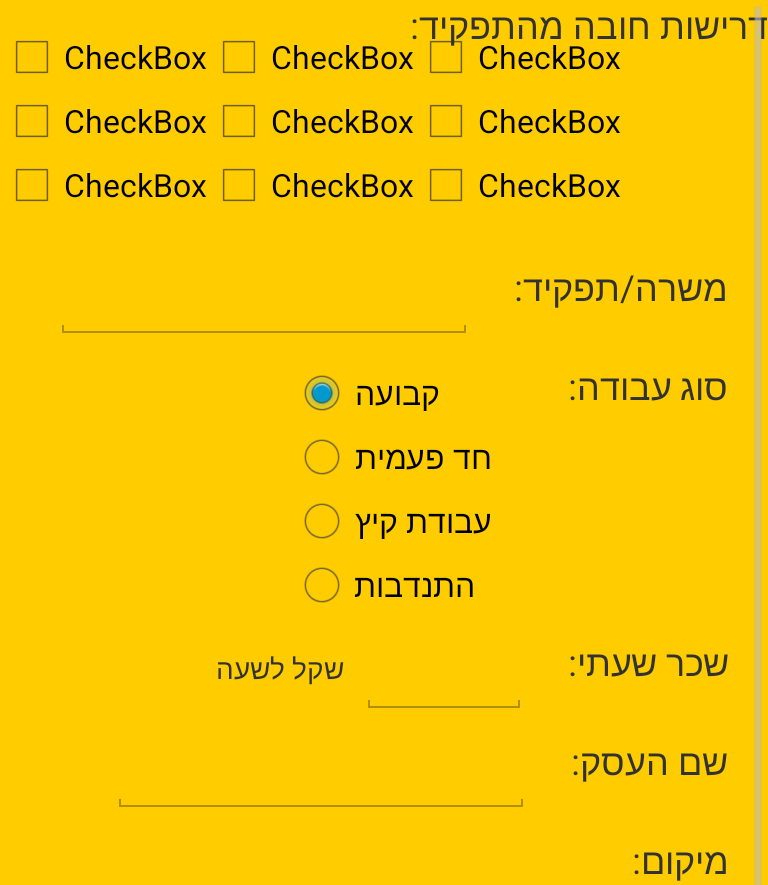
Repository: rodi055/jobli
Layout: Jobli/res/layout/fragment_create_job.xml
The author's editor kept a copy of each file at every save. The layout is drawn from the files as they stood at one save, then again after the next save.
The pictures show rows 0 to 885 of an output 1280 px tall.
Pictures or frames that could not be fetched are drawn as grey boxes. It is drawn on a 768 x 1280 px phone screen (xhdpi) without system bars, with theme AppTheme; the app's code is not run. The app's manifest (not shown) leaves right-to-left support off. So textAlignment, textDirection and layoutDirection are ignored, and left and right values win over start and end ones.

Above is the layout before, as saved 2015-01-03 12:37:24.

### Jobli/res/layout/fragment_create_job.xml
<?xml version="1.0" encoding="utf-8"?>
<LinearLayout xmlns:android="http://schemas.android.com/apk/res/android"
    android:layout_width="match_parent"
    android:layout_height="match_parent"
    android:background="#FFCC00"
    android:orientation="vertical" >

    <ScrollView
        android:layout_width="match_parent"
        android:layout_height="wrap_content" >

        <LinearLayout
            android:layout_width="match_parent"
            android:layout_height="wrap_content"
            android:orientation="vertical" >

            <RelativeLayout
                android:layout_width="wrap_content"
                android:layout_height="0dp"
                android:layout_weight="0.56" >

                <TextView
                    android:id="@+id/textView10"
                    android:layout_width="wrap_content"
                    android:layout_height="wrap_content"
                    android:layout_alignParentEnd="true"
                    android:layout_alignParentRight="true"
                    android:layout_alignParentTop="true"
                    android:text="דרישות חובה מהתפקיד:"
                    android:textSize="18sp" />

                <TableLayout
                    android:id="@+id/table3"
                    android:layout_width="wrap_content"
                    android:layout_height="wrap_content"
                    android:layout_centerVertical="true"
                    android:layout_toEndOf="@+id/table2"
                    android:layout_toRightOf="@+id/table2" >

                    <TableRow
                        android:id="@+id/tableRow21"
                        android:layout_width="wrap_content"
                        android:layout_height="wrap_content" >

                        <CheckBox
                            android:id="@+id/checkBox22"
                            android:layout_width="wrap_content"
                            android:layout_height="wrap_content"
                            android:text="CheckBox" />
                    </TableRow>

                    <TableRow
                        android:id="@+id/tableRow22"
                        android:layout_width="wrap_content"
                        android:layout_height="wrap_content" >

                        <CheckBox
                            android:id="@+id/checkBox23"
                            android:layout_width="wrap_content"
                            android:layout_height="wrap_content"
                            android:text="CheckBox" />
                    </TableRow>

                    <TableRow
                        android:id="@+id/tableRow23"
                        android:layout_width="wrap_content"
                        android:layout_height="wrap_content" >

                        <CheckBox
                            android:id="@+id/checkBox24"
                            android:layout_width="wrap_content"
                            android:layout_height="wrap_content"
                            android:text="CheckBox" />
                    </TableRow>

                    <TableRow
                        android:id="@+id/tableRow24"
                        android:layout_width="wrap_content"
                        android:layout_height="wrap_content" >
                    </TableRow>
                </TableLayout>

                <TableLayout
                    android:id="@+id/table2"
                    android:layout_width="wrap_content"
                    android:layout_height="wrap_content"
                    android:layout_centerVertical="true"
                    android:layout_toEndOf="@+id/table1"
                    android:layout_toRightOf="@+id/table1" >

                    <TableRow
                        android:id="@+id/tableRow41"
                        android:layout_width="wrap_content"
                        android:layout_height="wrap_content" >

                        <CheckBox
                            android:id="@+id/checkBox2"
                            android:layout_width="wrap_content"
                            android:layout_height="wrap_content"
                            android:text="CheckBox" />
                    </TableRow>

                    <TableRow
                        android:id="@+id/tableRow2"
                        android:layout_width="wrap_content"
                        android:layout_height="wrap_content" >

                        <CheckBox
                            android:id="@+id/checkBox42"
                            android:layout_width="wrap_content"
                            android:layout_height="wrap_content"
                            android:text="CheckBox" />
                    </TableRow>

                    <TableRow
                        android:id="@+id/tableRow3"
                        android:layout_width="wrap_content"
                        android:layout_height="wrap_content" >

                        <CheckBox
                            android:id="@+id/checkBox4"
                            android:layout_width="wrap_content"
                            android:layout_height="wrap_content"
                            android:text="CheckBox" />
                    </TableRow>

                    <TableRow
                        android:id="@+id/tableRow4"
                        android:layout_width="wrap_content"
                        android:layout_height="wrap_content" >
                    </TableRow>
                </TableLayout>

                <TableLayout
                    android:id="@+id/table1"
                    android:layout_width="wrap_content"
                    android:layout_height="wrap_content"
                    android:layout_below="@+id/textView10"
                    android:layout_centerVertical="true" >

                    <TableRow
                        android:id="@+id/tableRow11"
                        android:layout_width="wrap_content"
                        android:layout_height="wrap_content" >

                        <CheckBox
                            android:id="@+id/checkBox12"
                            android:layout_width="wrap_content"
                            android:layout_height="wrap_content"
                            android:text="CheckBox" />
                    </TableRow>

                    <TableRow
                        android:id="@+id/tableRow12"
                        android:layout_width="wrap_content"
                        android:layout_height="wrap_content" >

                        <CheckBox
                            android:id="@+id/checkBox13"
                            android:layout_width="wrap_content"
                            android:layout_height="wrap_content"
                            android:text="CheckBox" />
                    </TableRow>

                    <TableRow
                        android:id="@+id/tableRow13"
                        android:layout_width="wrap_content"
                        android:layout_height="wrap_content" >

                        <CheckBox
                            android:id="@+id/checkBox14"
                            android:layout_width="wrap_content"
                            android:layout_height="wrap_content"
                            android:text="CheckBox" />
                    </TableRow>

                    <TableRow
                        android:id="@+id/tableRow14"
                        android:layout_width="wrap_content"
                        android:layout_height="wrap_content" >
                    </TableRow>
                </TableLayout>
            </RelativeLayout>

            <RelativeLayout
                android:layout_width="wrap_content"
                android:layout_height="wrap_content"
                android:layout_marginTop="10dp" >

                <TextView
                    android:id="@+id/textView1"
                    android:layout_width="wrap_content"
                    android:layout_height="wrap_content"
                    android:layout_alignParentEnd="true"
                    android:layout_alignParentRight="true"
                    android:layout_alignParentTop="true"
                    android:layout_marginEnd="20dp"
                    android:layout_marginRight="20dp"
                    android:text="משרה/תפקיד:"
                    android:textSize="18sp" />

                <EditText
                    android:id="@+id/editText1"
                    android:layout_width="wrap_content"
                    android:layout_height="wrap_content"
                    android:layout_alignTop="@+id/textView1"
                    android:layout_marginEnd="20dp"
                    android:layout_marginRight="20dp"
                    android:layout_toLeftOf="@+id/textView1"
                    android:layout_toStartOf="@+id/textView1"
                    android:ems="10"
                    android:inputType="text"
                    android:maxLines="1" />
            </RelativeLayout>

            <RelativeLayout
                android:layout_width="wrap_content"
                android:layout_height="wrap_content"
                android:layout_marginTop="10dp" >

                <TextView
                    android:id="@+id/textView2"
                    android:layout_width="wrap_content"
                    android:layout_height="wrap_content"
                    android:layout_alignParentEnd="true"
                    android:layout_alignParentRight="true"
                    android:layout_alignParentTop="true"
                    android:layout_marginEnd="20dp"
                    android:layout_marginRight="20dp"
                    android:text="סוג עבודה:"
                    android:textSize="18sp" />

                <RadioGroup
                    android:id="@+id/radioGroup1"
                    android:layout_width="wrap_content"
                    android:layout_height="wrap_content"
                    android:layout_alignParentTop="true"
                    android:layout_marginEnd="38dp"
                    android:layout_marginRight="38dp"
                    android:layout_toLeftOf="@+id/textView2" >

                    <RadioButton
                        android:id="@+id/radio0"
                        android:layout_width="wrap_content"
                        android:layout_height="wrap_content"
                        android:checked="true"
                        android:text="קבועה" />

                    <RadioButton
                        android:id="@+id/radio1"
                        android:layout_width="wrap_content"
                        android:layout_height="wrap_content"
                        android:text="חד פעמית" />

                    <RadioButton
                        android:id="@+id/radio2"
                        android:layout_width="wrap_content"
                        android:layout_height="wrap_content"
                        android:text="עבודת קיץ" />

                    <RadioButton
                        android:id="@+id/radio3"
                        android:layout_width="wrap_content"
                        android:layout_height="wrap_content"
                        android:text="התנדבות" />
                </RadioGroup>
            </RelativeLayout>

            <RelativeLayout
                android:layout_width="wrap_content"
                android:layout_height="wrap_content"
                android:layout_marginTop="10dp" >

                <TextView
                    android:id="@+id/textView8"
                    android:layout_width="wrap_content"
                    android:layout_height="wrap_content"
                    android:layout_alignParentEnd="true"
                    android:layout_alignParentRight="true"
                    android:layout_alignParentTop="true"
                    android:layout_marginEnd="20dp"
                    android:layout_marginRight="20dp"
                    android:text="שכר שעתי:"
                    android:textSize="18sp" />

                <EditText
                    android:id="@+id/editText8"
                    android:layout_width="wrap_content"
                    android:layout_height="wrap_content"
                    android:layout_alignTop="@+id/textView8"
                    android:layout_marginEnd="20dp"
                    android:layout_marginRight="20dp"
                    android:layout_toLeftOf="@+id/textView8"
                    android:ems="4"
                    android:inputType="numberDecimal"
                    android:maxLines="1"
                    android:singleLine="true" />

                <TextView
                    android:id="@+id/textView9"
                    android:layout_width="wrap_content"
                    android:layout_height="wrap_content"
                    android:layout_alignBottom="@+id/textView8"
                    android:layout_marginRight="8dp"
                    android:layout_toLeftOf="@+id/editText8"
                    android:text="שקל לשעה" />
            </RelativeLayout>

            <RelativeLayout
                android:layout_width="wrap_content"
                android:layout_height="wrap_content"
                android:layout_marginTop="10dp" >

                <TextView
                    android:id="@+id/textView3"
                    android:layout_width="wrap_content"
                    android:layout_height="wrap_content"
                    android:layout_alignParentEnd="true"
                    android:layout_alignParentRight="true"
                    android:layout_alignParentTop="true"
                    android:layout_marginEnd="20dp"
                    android:layout_marginRight="20dp"
                    android:text="שם העסק:"
                    android:textSize="18sp" />

                <EditText
                    android:id="@+id/editText3"
                    android:layout_width="wrap_content"
                    android:layout_height="wrap_content"
                    android:layout_alignTop="@+id/textView3"
                    android:layout_marginEnd="20dp"
                    android:layout_marginRight="20dp"
                    android:layout_toLeftOf="@+id/textView3"
                    android:ems="10"
                    android:maxLines="1"
                    android:singleLine="true" />
            </RelativeLayout>

            <RelativeLayout
                android:layout_width="wrap_content"
                android:layout_height="wrap_content"
                android:layout_marginTop="10dp" >

                <TextView
                    android:id="@+id/textView4"
                    android:layout_width="wrap_content"
                    android:layout_height="wrap_content"
                    android:layout_alignParentEnd="true"
                    android:layout_alignParentRight="true"
                    android:layout_alignParentTop="true"
                    android:layout_marginEnd="20dp"
                    android:layout_marginRight="20dp"
                    android:text="מיקום:"
                    android:textSize="18sp" />
            </RelativeLayout>

            <fragment
                android:id="@+id/My_map"
                android:layout_width="match_parent"
                android:layout_height="120dp"
                android:layout_marginBottom="20dp"
                class="com.google.android.gms.maps.MapFragment" />

            <RelativeLayout
                android:layout_width="wrap_content"
                android:layout_height="wrap_content"
                android:layout_marginTop="10dp" >

                <TextView
                    android:id="@+id/textView5"
                    android:layout_width="wrap_content"
                    android:layout_height="wrap_content"
                    android:layout_alignParentEnd="true"
                    android:layout_alignParentRight="true"
                    android:layout_alignParentTop="true"
                    android:layout_marginEnd="20dp"
                    android:layout_marginRight="20dp"
                    android:text="שם איש קשר:"
                    android:textSize="18sp" />

                <EditText
                    android:id="@+id/editText5"
                    android:layout_width="wrap_content"
                    android:layout_height="wrap_content"
                    android:layout_alignTop="@+id/textView5"
                    android:layout_marginEnd="20dp"
                    android:layout_marginRight="20dp"
                    android:layout_toLeftOf="@+id/textView5"
                    android:layout_toStartOf="@+id/textView5"
                    android:ems="10"
                    android:inputType="textPersonName"
                    android:maxLines="1"
                    android:singleLine="true" />
            </RelativeLayout>

            <RelativeLayout
                android:layout_width="wrap_content"
                android:layout_height="wrap_content"
                android:layout_marginTop="10dp" >

                <TextView
                    android:id="@+id/textView6"
                    android:layout_width="wrap_content"
                    android:layout_height="wrap_content"
                    android:layout_alignParentEnd="true"
                    android:layout_alignParentRight="true"
                    android:layout_alignParentTop="true"
                    android:layout_marginEnd="20dp"
                    android:layout_marginRight="20dp"
                    android:text="איימיל:"
                    android:textSize="18sp" />

                <EditText
                    android:id="@+id/editText6"
                    android:layout_width="wrap_content"
                    android:layout_height="wrap_content"
                    android:layout_alignTop="@+id/textView6"
                    android:layout_marginEnd="20dp"
                    android:layout_marginRight="20dp"
                    android:layout_toLeftOf="@+id/textView6"
                    android:layout_toStartOf="@+id/textView6"
                    android:ems="10"
                    android:inputType="textEmailAddress"
                    android:maxLines="1"
                    android:singleLine="true" />
            </RelativeLayout>

            <RelativeLayout
                android:layout_width="wrap_content"
                android:layout_height="wrap_content"
                android:layout_marginTop="10dp"
                android:contentDescription="@android:string/emptyPhoneNumber" >

                <TextView
                    android:id="@+id/textView7"
                    android:layout_width="wrap_content"
                    android:layout_height="wrap_content"
                    android:layout_alignParentEnd="true"
                    android:layout_alignParentRight="true"
                    android:layout_alignParentTop="true"
                    android:layout_marginEnd="20dp"
                    android:layout_marginRight="20dp"
                    android:text="מספר טלפון:"
                    android:textSize="18sp" />

                <EditText
                    android:id="@+id/editText7"
                    android:layout_width="wrap_content"
                    android:layout_height="wrap_content"
                    android:layout_alignTop="@+id/textView7"
                    android:layout_marginEnd="20dp"
                    android:layout_marginRight="20dp"
                    android:layout_toLeftOf="@+id/textView7"
                    android:layout_toStartOf="@+id/textView7"
                    android:ems="10"
                    android:inputType="phone"
                    android:maxLines="1"
                    android:singleLine="true" />

                <CheckBox
                    android:id="@+id/checkBox1"
                    android:layout_width="wrap_content"
                    android:layout_height="wrap_content"
                    android:layout_alignParentRight="true"
                    android:layout_below="@id/textView7"
                    android:text="אל תציג מספר טלפון"
                    android:textSize="12sp" />
            </RelativeLayout>
        </LinearLayout>
    </ScrollView>

</LinearLayout>

Loaded but not shown: Jobli/res/values/styles.xml (common file); Jobli/res/values-v11/styles.xml (common file); Jobli/res/values-v14/styles.xml (common file)

After the next save:
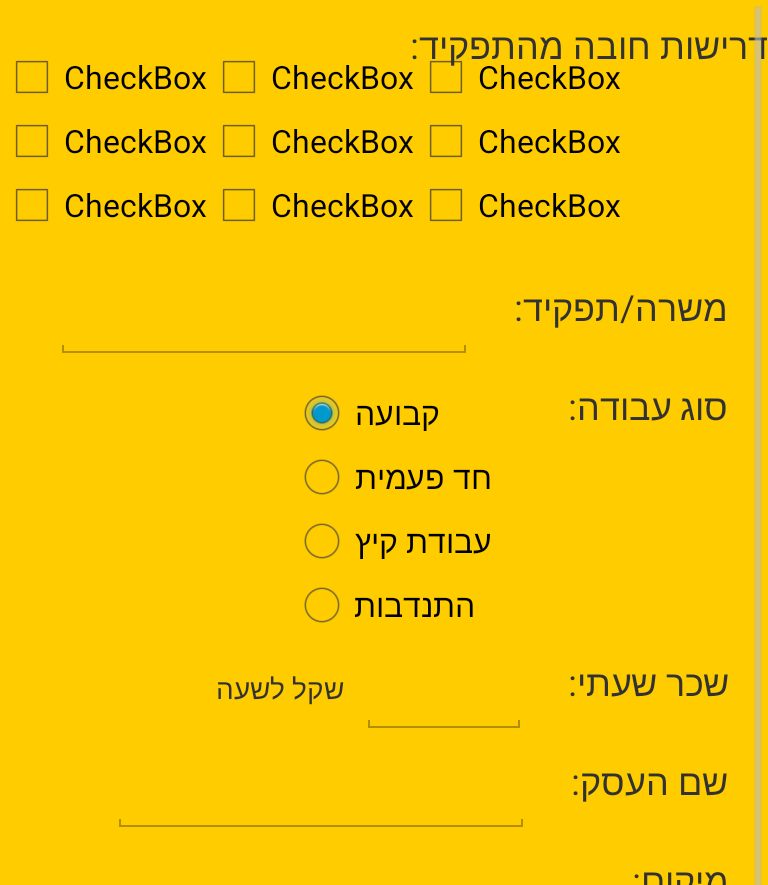
Saved 52 s later.
--- a/Jobli/res/layout/fragment_create_job.xml
+++ b/Jobli/res/layout/fragment_create_job.xml
@@ -17,7 +17,8 @@
             <RelativeLayout
                 android:layout_width="wrap_content"
                 android:layout_height="0dp"
-                android:layout_weight="0.56" >
+                android:layout_weight="0.56"
+                  android:layout_marginTop="10dp" >
 
                 <TextView
                     android:id="@+id/textView10"
